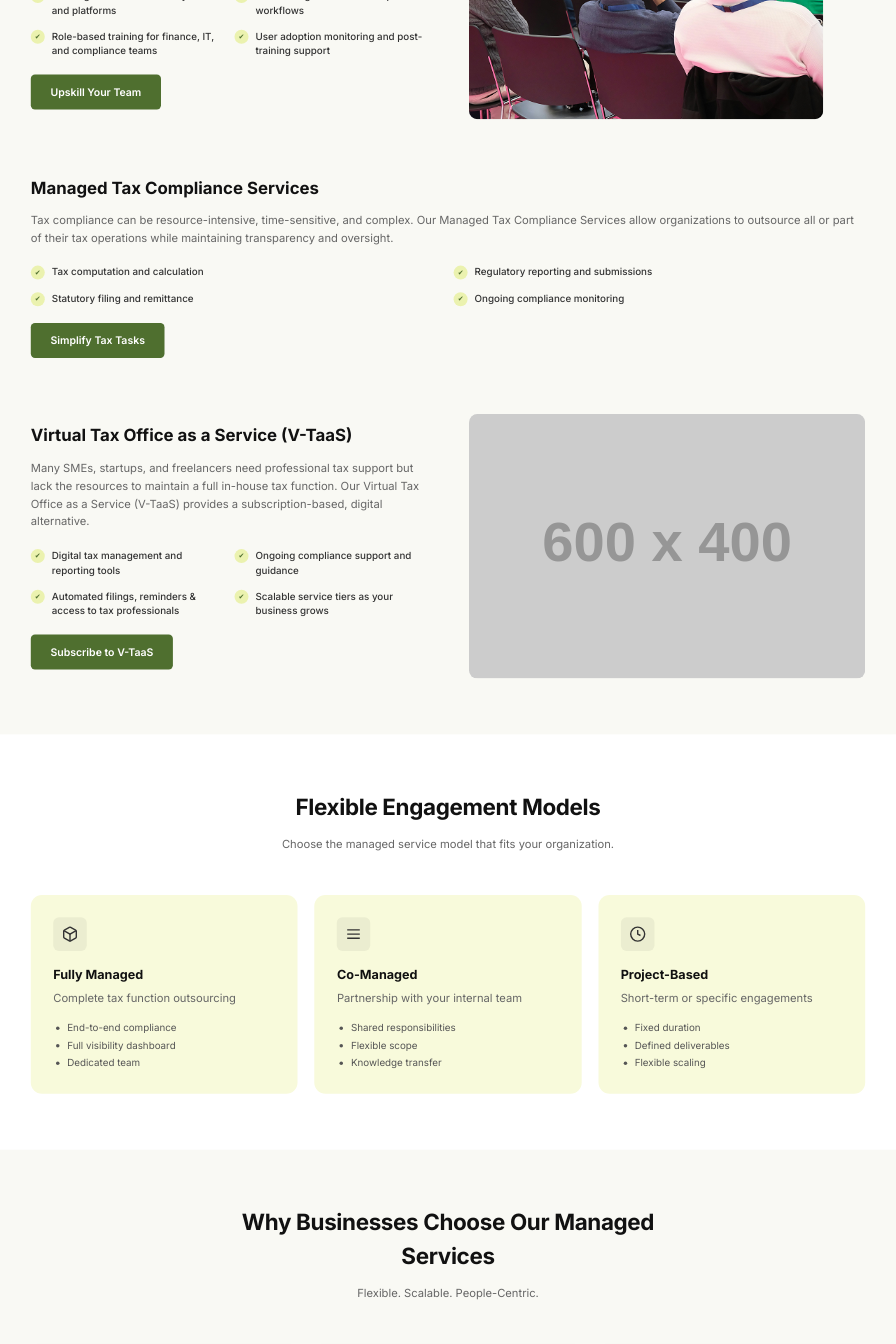
Repository: Opawumi/work_merate
Page: managed.html
These files come from the project's save history. The page is drawn as it stood at one moment and after a run of saves; the edit follows.
The browser window is 1280 px wide. The pictures show the part of the page from y = 1759 to 3679 px (the page is 5270 px tall before and 5386 px after), at 70% of full size.

Above is the page before, as saved 2026-02-02 11:42:32.

### managed.html
<!DOCTYPE html>
<html lang="en">
<head>
    <meta charset="UTF-8">
    <meta name="viewport" content="width=device-width, initial-scale=1.0">
    <title>Managed Services - WorkMerate</title>
    <link rel="stylesheet" href="managed.css">
    <link rel="preconnect" href="https://fonts.googleapis.com">
    <link rel="preconnect" href="https://fonts.gstatic.com" crossorigin>
    <link href="https://fonts.googleapis.com/css2?family=Inter:wght@400;500;600;700;800&display=swap" rel="stylesheet">
</head>
<body>

    <nav class="navbar">
        <div class="container nav-wrapper">
            <a href="#" class="logo">
                W<span class="bag-icon"></span>rkMerate
            </a>

            <ul class="nav-menu">
                <li><a href="#" class="nav-link">Agentic AI</a></li>
                <li>
                    <a href="#" class="nav-link active">
                        Services
                        <svg class="chevron" viewBox="0 0 24 24" fill="none" stroke="currentColor" stroke-width="2" stroke-linecap="round" stroke-linejoin="round"><polyline points="6 9 12 15 18 9"></polyline></svg>
                    </a>
                </li>
                <li>
                    <a href="#" class="nav-link">
                        Modules
                        <svg class="chevron" viewBox="0 0 24 24" fill="none" stroke="currentColor" stroke-width="2" stroke-linecap="round" stroke-linejoin="round"><polyline points="6 9 12 15 18 9"></polyline></svg>
                    </a>
                </li>
                <li><a href="#" class="nav-link">Pricing</a></li>
                <li>
                    <a href="#" class="nav-link">
                        Resources
                        <svg class="chevron" viewBox="0 0 24 24" fill="none" stroke="currentColor" stroke-width="2" stroke-linecap="round" stroke-linejoin="round"><polyline points="6 9 12 15 18 9"></polyline></svg>
                    </a>
                </li>
                <li><a href="#" class="nav-link">About us</a></li>
            </ul>

            <div class="nav-actions">
                <a href="#" class="login-link">Login</a>
                <a href="#" class="btn-nav">Try it Free</a>
            </div>
        </div>
    </nav>

    <section class="hero-section">
        <div class="hero-bg-pattern"></div>

        <div class="container hero-container">

            <div class="hero-content">
                <div class="breadcrumbs">
                    <span class="crumb-gray">Services</span>
                    <svg class="crumb-arrow" viewBox="0 0 24 24"><path d="M10 6L8.59 7.41 13.17 12l-4.58 4.59L10 18l6-6z"/></svg>
                    <span class="crumb-current">Managed Services</span>
                </div>

                <h1>Empower Your Teams.<br>Outsource With Confidence.<br>Scale Without Friction.</h1>

                <p class="hero-description">
                    Sustainable tax compliance requires more than systems and strategies, it requires
                    people who understand the tools, processes that scale, and support that adapts as
                    your business grows.
                </p>

                <div class="hero-buttons">
                    <a href="#" class="btn-hero-primary">Talk to Our Team</a>
                    <a href="#" class="btn-hero-secondary">Explore Service Options</a>
                </div>
            </div>

            <div class="hero-image-wrapper">
                <img src="./assets/managed-main.png" alt="Team working together with sticky notes">
            </div>

        </div>
    </section>

    <section class="section-padding bg-white">
        <div class="container">
            <div class="section-header">
                <h2>What We Do</h2>
                <p>Flexible services designed to complement your internal team or act as your tax function entirely.</p>
            </div>
            <div class="grid-3">
                <div class="card-outline">
                    <div class="icon-box-lime"><svg viewBox="0 0 24 24" fill="none" stroke="currentColor" stroke-width="2"><path d="M22 10v6M2 10l10-5 10 5-10 5z"></path><path d="M6 12v5c3 3 9 3 12 0v-5"></path></svg></div>
                    <h3>Build Internal Capabilities</h3>
                    <p>Training and change management for tax technology adoption</p>
                </div>
                <div class="card-outline">
                    <div class="icon-box-lime"><svg viewBox="0 0 24 24" fill="none" stroke="currentColor" stroke-width="2"><rect x="2" y="7" width="20" height="14" rx="2" ry="2"></rect><path d="M16 21V5a2 2 0 0 0-2-2h-4a2 2 0 0 0-2 2v16"></path></svg></div>
                    <h3>Manage Tax Operations</h3>
                    <p>Full or partial outsourcing with complete visibility</p>
                </div>
                <div class="card-outline">
                    <div class="icon-box-lime"><svg viewBox="0 0 24 24" fill="none" stroke="currentColor" stroke-width="2"><path d="M18 10h-1.26A8 8 0 1 0 9 20h9a5 5 0 0 0 0-10z"></path></svg></div>
                    <h3>Digital Tax Office</h3>
                    <p>Subscription-based virtual tax services for growing businesses</p>
                </div>
            </div>
        </div>
    </section>

    <section class="section-padding bg-cream">
        <div class="container">
            <div class="section-header">
                <h2>Three powerful integration pathways</h2>
                <p>Choose the integration approach that matches your business model and technical requirements.</p>
            </div>

            <div class="pathway-row">
                <div class="pathway-text">
                    <h3>Tax Technology Training & Change Management</h3>
                    <p class="mb-6">Introducing automated tax systems without proper training can create confusion, resistance, and inefficiencies. Our Tax Technology Training & Change Management service ensures your teams understand, adopt, and confidently use automated tax and compliance workflows.</p>
                    <ul class="check-grid">
                        <li><span class="check-circle">✔</span> <span>Training on automated tax systems and platforms</span></li>
                        <li><span class="check-circle">✔</span> <span>Hands-on guidance for compliance workflows</span></li>
                        <li><span class="check-circle">✔</span> <span>Role-based training for finance, IT, and compliance teams</span></li>
                        <li><span class="check-circle">✔</span> <span>User adoption monitoring and post-training support</span></li>
                    </ul>
                    <a href="#" class="btn-dark mt-6">Upskill Your Team</a>
                </div>
                <div class="pathway-img">
                    <img src="./assets/managed-one.png" alt="Training session">
                </div>
            </div>

            <div class="pathway-row reverse">
                <div class="pathway-text">
                    <h3>Managed Tax Compliance Services</h3>
                    <p class="mb-6">Tax compliance can be resource-intensive, time-sensitive, and complex. Our Managed Tax Compliance Services allow organizations to outsource all or part of their tax operations while maintaining transparency and oversight.</p>
                    <ul class="check-grid">
                        <li><span class="check-circle">✔</span> <span>Tax computation and calculation</span></li>
                        <li><span class="check-circle">✔</span> <span>Regulatory reporting and submissions</span></li>
                        <li><span class="check-circle">✔</span> <span>Statutory filing and remittance</span></li>
                        <li><span class="check-circle">✔</span> <span>Ongoing compliance monitoring</span></li>
                    </ul>
                    <a href="#" class="btn-dark mt-6">Simplify Tax Tasks</a>
                </div>

            </div>

            <div class="pathway-row">
                <div class="pathway-text">
                    <h3>Virtual Tax Office as a Service (V-TaaS)</h3>
                    <p class="mb-6">Many SMEs, startups, and freelancers need professional tax support but lack the resources to maintain a full in-house tax function. Our Virtual Tax Office as a Service (V-TaaS) provides a subscription-based, digital alternative.</p>
                    <ul class="check-grid">
                        <li><span class="check-circle">✔</span> <span>Digital tax management and reporting tools</span></li>
                        <li><span class="check-circle">✔</span> <span>Ongoing compliance support and guidance</span></li>
                        <li><span class="check-circle">✔</span> <span>Automated filings, reminders & access to tax professionals</span></li>
                        <li><span class="check-circle">✔</span> <span>Scalable service tiers as your business grows</span></li>
                    </ul>
                    <a href="#" class="btn-dark mt-6">Subscribe to V-TaaS</a>
                </div>
                <div class="pathway-img">
                     <img src="https://placehold.co/600x400/eeeeee/999999?text=Virtual+Office" alt="Woman working on laptop">
                </div>
            </div>
        </div>
    </section>

    <section class="section-padding bg-white">
        <div class="container">
            <div class="section-header">
                <h2>Flexible Engagement Models</h2>
                <p>Choose the managed service model that fits your organization.</p>
            </div>
            <div class="grid-3">
                <div class="card-yellow">
                    <div class="icon-box-trans"><svg viewBox="0 0 24 24" fill="none" stroke="currentColor" stroke-width="2"><path d="M21 16V8a2 2 0 0 0-1-1.73l-7-4a2 2 0 0 0-2 0l-7 4A2 2 0 0 0 3 8v8a2 2 0 0 0 1 1.73l7 4a2 2 0 0 0 2 0l7-4A2 2 0 0 0 21 16z"></path><polyline points="3.27 6.96 12 12.01 20.73 6.96"></polyline><line x1="12" y1="22.08" x2="12" y2="12"></line></svg></div>
                    <h3>Fully Managed</h3>
                    <p>Complete tax function outsourcing</p>
                    <ul class="bullet-list">
                        <li>End-to-end compliance</li>
                        <li>Full visibility dashboard</li>
                        <li>Dedicated team</li>
                    </ul>
                </div>
                <div class="card-yellow">
                    <div class="icon-box-trans"><svg viewBox="0 0 24 24" fill="none" stroke="currentColor" stroke-width="2"><path d="M3 6h18"></path><path d="M3 12h18"></path><path d="M3 18h18"></path></svg></div>
                    <h3>Co-Managed</h3>
                    <p>Partnership with your internal team</p>
                    <ul class="bullet-list">
                        <li>Shared responsibilities</li>
                        <li>Flexible scope</li>
                        <li>Knowledge transfer</li>
                    </ul>
                </div>
                <div class="card-yellow">
                    <div class="icon-box-trans"><svg viewBox="0 0 24 24" fill="none" stroke="currentColor" stroke-width="2"><circle cx="12" cy="12" r="10"></circle><polyline points="12 6 12 12 16 14"></polyline></svg></div>
                    <h3>Project-Based</h3>
                    <p>Short-term or specific engagements</p>
                    <ul class="bullet-list">
                        <li>Fixed duration</li>
                        <li>Defined deliverables</li>
                        <li>Flexible scaling</li>
                    </ul>
                </div>
            </div>
        </div>
    </section>

    <section class="section-padding bg-cream">
        <div class="container">
            <div class="section-header">
                <h2>Why Businesses Choose Our Managed Services</h2>
                <p>Flexible. Scalable. People-Centric.</p>
            </div>
            <div class="grid-3">
                <div class="card-white">
                    <div class="icon-box-dark"><svg viewBox="0 0 24 24" fill="none" stroke="currentColor" stroke-width="2"><path d="M20 21v-2a4 4 0 0 0-4-4H8a4 4 0 0 0-4 4v2"></path><circle cx="12" cy="7" r="4"></circle></svg></div>
                    <h3>People-centric approach</h3>
                    <p>Focus on capability building, not just outsourcing</p>
                </div>
                <div class="card-white">
                    <div class="icon-box-dark"><svg viewBox="0 0 24 24" fill="none" stroke="currentColor" stroke-width="2"><rect x="4" y="4" width="16" height="16" rx="2" ry="2"></rect><rect x="9" y="9" width="6" height="6"></rect></svg></div>
                    <h3>Technology-enabled delivery</h3>
                    <p>Modern tools and digital workflows</p>
                </div>
                <div class="card-white">
                    <div class="icon-box-dark"><svg viewBox="0 0 24 24" fill="none" stroke="currentColor" stroke-width="2"><path d="M1 12s4-8 11-8 11 8 11 8-4 8-11 8-11-8-11-8z"></path><circle cx="12" cy="12" r="3"></circle></svg></div>
                    <h3>Full visibility</h3>
                    <p>Clear insight into all compliance activities</p>
                </div>
                <div class="card-white">
                    <div class="icon-box-dark"><svg viewBox="0 0 24 24" fill="none" stroke="currentColor" stroke-width="2"><polyline points="23 6 13.5 15.5 8.5 10.5 1 18"></polyline><polyline points="17 6 23 6 23 12"></polyline></svg></div>
                    <h3>Scalable models</h3>
                    <p>Services that grow with your business</p>
                </div>
                <div class="card-white">
                    <div class="icon-box-dark"><svg viewBox="0 0 24 24" fill="none" stroke="currentColor" stroke-width="2"><path d="M12 22s8-4 8-10V5l-8-3-8 3v7c0 6 8 10 8 10z"></path></svg></div>
                    <h3>Reduced risk</h3>
                    <p>Lower compliance stress and exposure</p>
                </div>
                <div class="card-white">
                    <div class="icon-box-dark"><svg viewBox="0 0 24 24" fill="none" stroke="currentColor" stroke-width="2"><path d="M12 2l3.09 6.26L22 9.27l-5 4.87 1.18 6.88L12 17.77l-6.18 3.25L7 14.14 2 9.27l6.91-1.01L12 2z"></path></svg></div>
                    <h3>Expert support</h3>
                    <p>Access to tax professionals on-demand</p>
                </div>
            </div>
        </div>
    </section>

    <section class="section-padding bg-white">
        <div class="container">
            <div class="cta-banner">
                <h2>Build Capacity Today. Scale With Confidence Tomorrow.</h2>
                <p>Whether you need to train your team, outsource tax operations, or adopt a virtual tax office, we provide the support structure your business needs to operate and grow compliantly.</p>
                <div class="cta-actions">
                    <a href="#" class="btn-dark">Talk to Managed Services Team</a>
                    <a href="#" class="btn-text-link">Explore All Options</a>
                </div>
            </div>
        </div>
    </section>

    <footer class="footer-section">
        <div class="container">
            <div class="footer-top">
                <div class="footer-brand">
                    <a href="#" class="logo">W<span class="bag-icon"></span>rkMerate</a>
                    <p class="tagline">Smart. Secure. Simplified.</p>
                    <div class="contact-details">
                        <p><strong>USA Customer Support:</strong><br>(+1) 256 441 3090</p>
                        <p><strong>NGA Customer Support:</strong><br>(+234) 907 713 7167</p>
                        <p><strong>Email:</strong><br>support@workmerate.ng.com</p>
                    </div>
                </div>
                <div class="footer-links-grid">
                    <div>
                        <h4>Services</h4>
                        <ul><li><a href="#">Tax Automation</a></li><li><a href="#">ERP Integration</a></li><li><a href="#">Regulatory Reporting</a></li></ul>
                    </div>
                    <div>
                        <h4>Modules</h4>
                        <ul><li><a href="#">Human Resources</a></li><li><a href="#">Financial Management</a></li><li><a href="#">Tax Management</a></li></ul>
                    </div>
                    <div>
                        <h4>Resources</h4>
                        <ul><li><a href="#">Compliance Loss</a></li><li><a href="#">State IRS</a></li><li><a href="#">Tax Laws</a></li></ul>
                    </div>
                    <div>
                        <h4>Other Links</h4>
                        <ul><li><a href="#">About Us</a></li><li><a href="#">Pricing</a></li><li><a href="#">Contact Us</a></li></ul>
                    </div>
                </div>
            </div>
            <hr>
            <div class="footer-newsletter">
                <div class="nl-text">
                    <h3>Subscribe to our newsletter</h3>
                    <p>Stay informed with the latest news, updates, and resources.</p>
                </div>
                <div class="nl-form">
                    <input type="email" placeholder="Enter your email">
                    <button class="btn-dark">Subscribe</button>
                </div>
            </div>
            <hr>
            <div class="footer-bottom">
                <p>&copy; 2025 WorkMerate - All rights reserved</p>
                <div class="badges">
                     <span style="color:#4F6F2F; font-weight:bold; letter-spacing:1px; font-size:18px;">NiTDA</span>
                </div>
            </div>
        </div>
    </footer>

</body>
</html>

Loaded but not shown: managed.css (375 lines, source omitted)

After the next 7 saves:
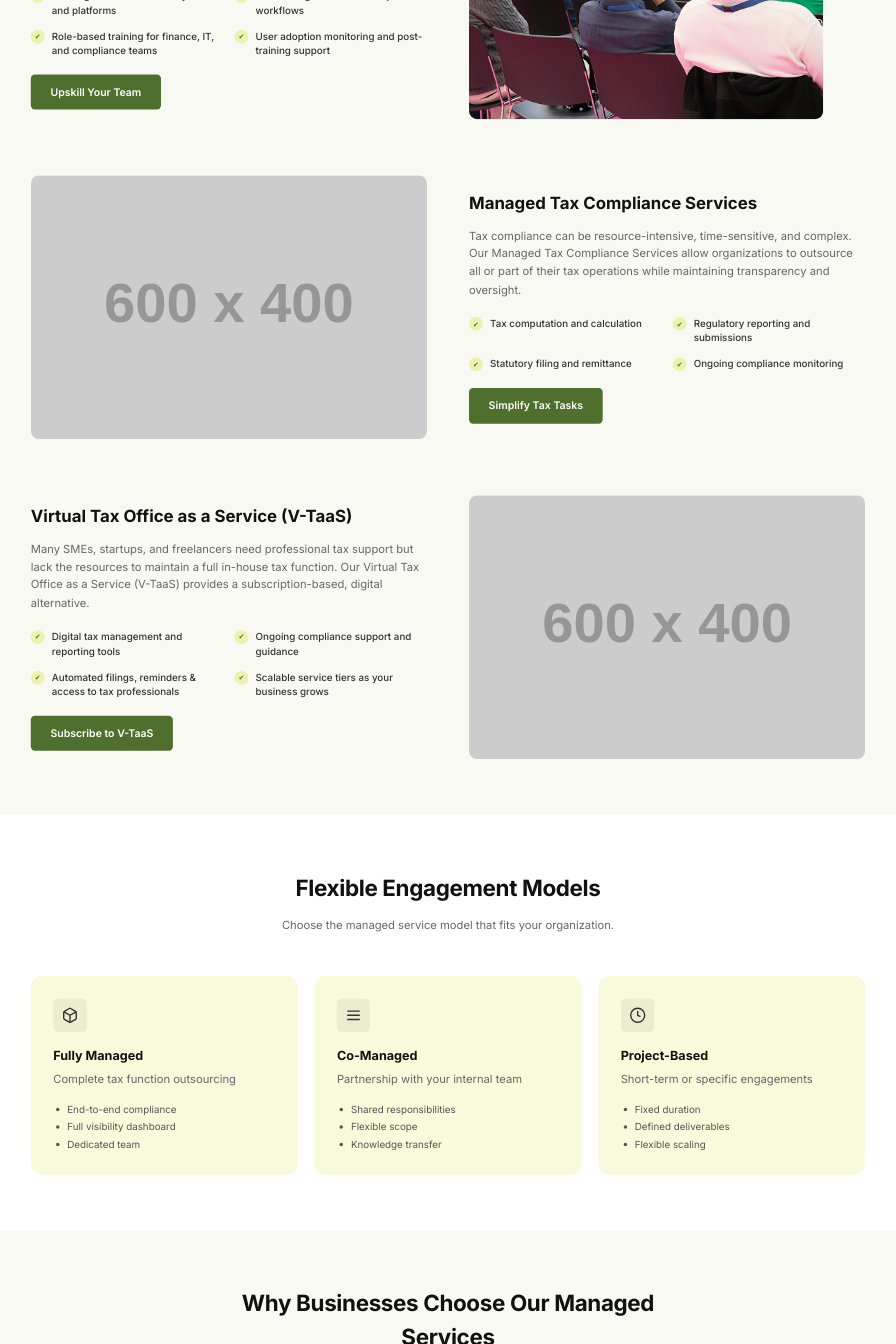
The 7 saves are shown as one change because they came seconds apart.
The last was saved 14 s later.
--- a/managed.html
+++ b/managed.html
@@ -143,7 +143,9 @@
                     </ul>
                     <a href="#" class="btn-dark mt-6">Simplify Tax Tasks</a>
                 </div>
-
+                <div class="pathway-img">
+                     <img src="https://placehold.co/600x400/eeeeee/999999?text=Tax+Compliance" alt="Tax compliance">
+                </div>
             </div>
 
             <div class="pathway-row">
